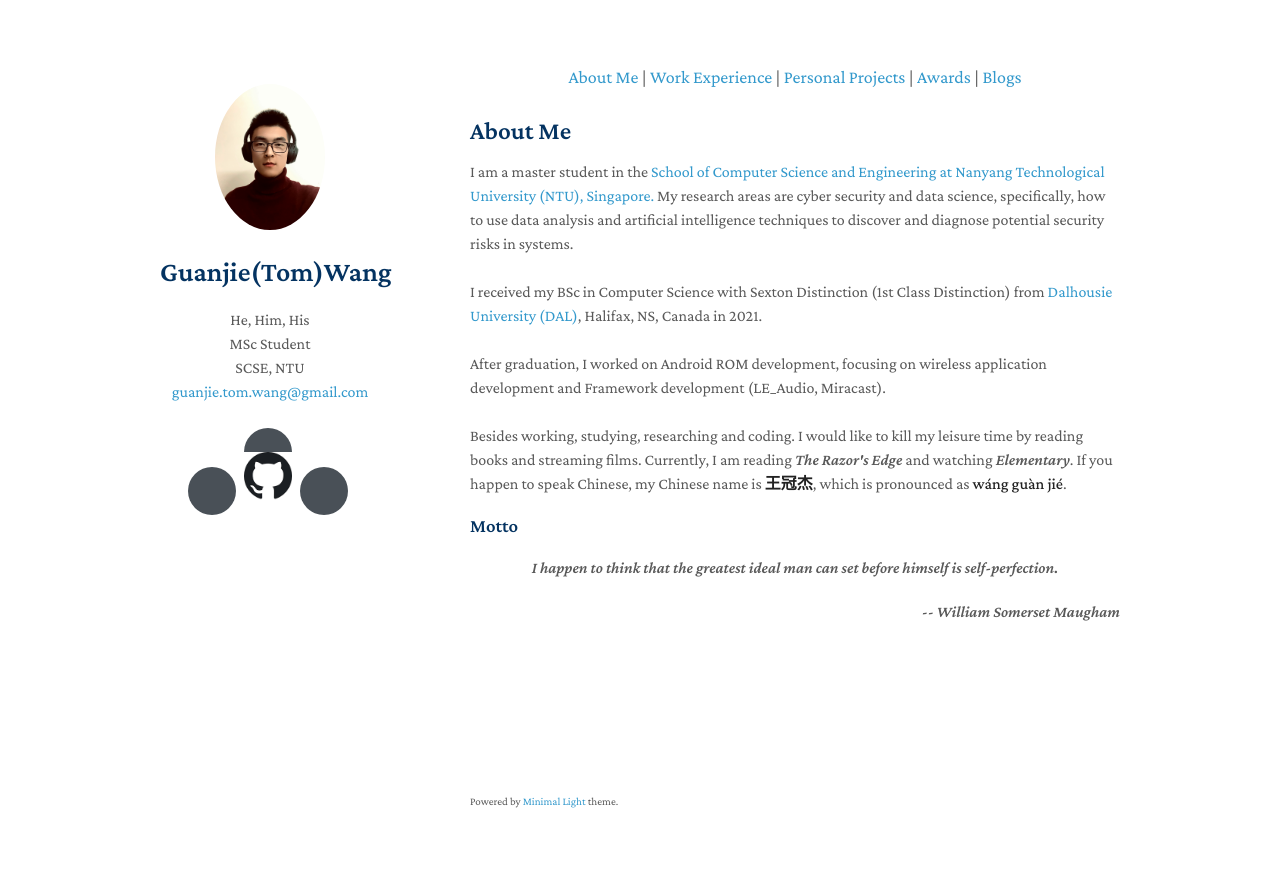
Repository: guanjie01/aboutme
Page: index.html
The author's editor kept a copy of each file at every save. The page is drawn from the files as they stood at one save, then again after the next save.
The browser window is 1280 px wide. The pictures show the whole page.
Some web fonts or font styles are not loaded; a fallback is used.

Above is the page before, as saved 2023-08-11 11:50:16.
Console error: TypeError: Cannot read properties of null (reading 'style')

After the next save:
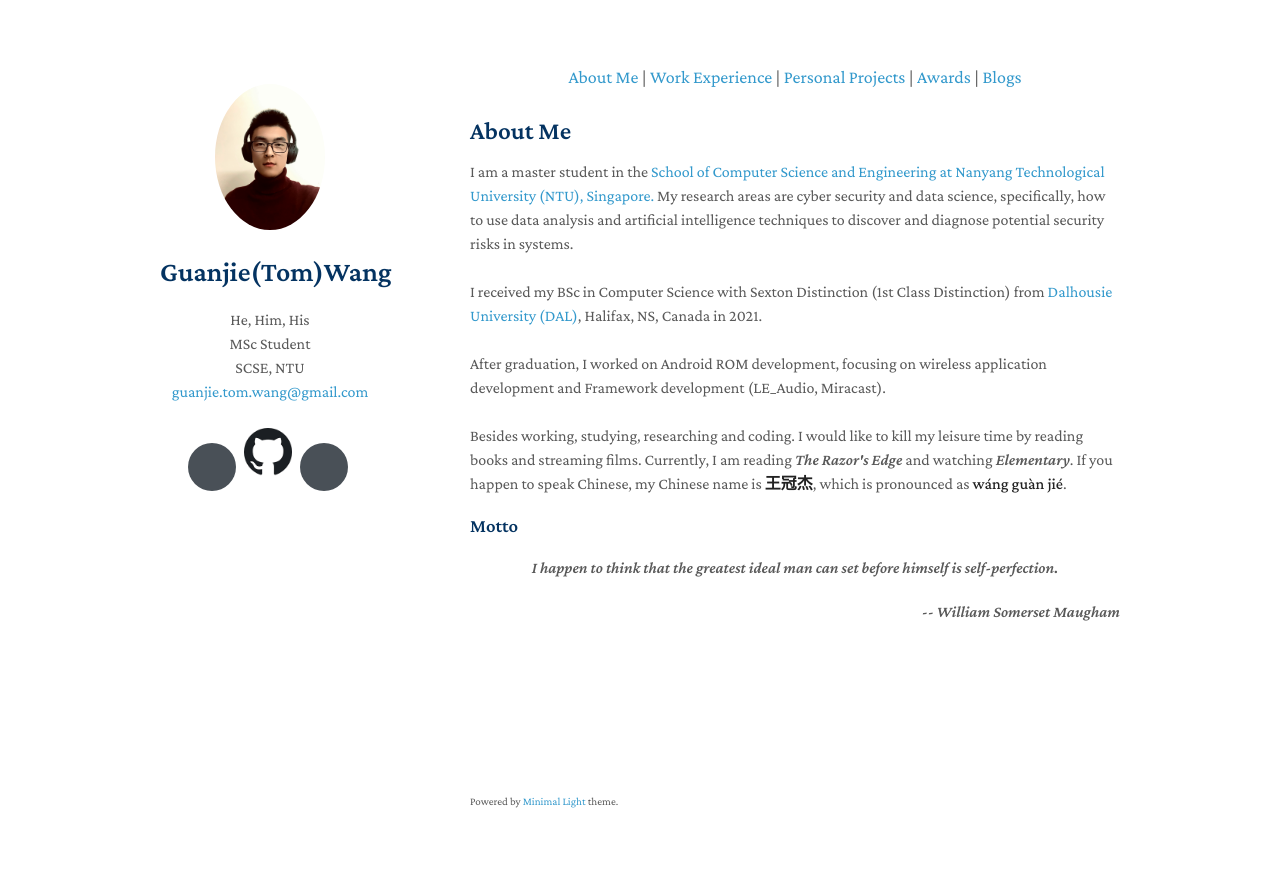
Saved 19 s later.
--- a/index.html
+++ b/index.html
@@ -76,9 +76,9 @@
           </a>
 
           <a style="margin: 0 5px 0 0" href="https://github.com/O-GuanjieWang-O">
-            <i class="fab fa-github">
+
               <image src = "data:[embedded picture, 2606 characters]"></image>
-            </i>
+
           </a>
 
 
